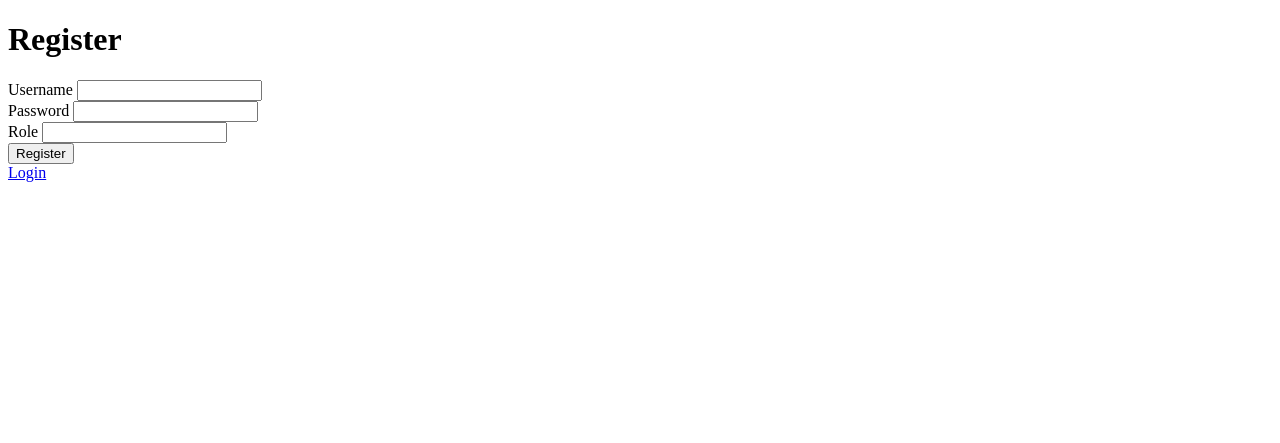
Repository: Stoldark/PLMUN
Page: http://localhost/register
The author's editor kept a copy of each file at every save. The page is drawn from the files as they stood at one save, then again after the next save.
The browser window is 1280 px wide. The pictures show the whole page.
The page is served by the project's application, run on Flask 3 (tempCodeRunnerFile.py).

Above is the page before, as saved 2024-09-22 16:23:26.

### templates/register.html
<!DOCTYPE html>
<html lang="en">
<head>
    <meta charset="UTF-8">
    <meta name="viewport" content="width=device-width, initial-scale=1.0">
    <title>Register</title>
</head>
<body>
    <h1>Register</h1>
    <form method="POST">
        {{ form.hidden_tag() }}
        <div>
            {{ form.username.label }}
            {{ form.username() }}
            {% for error in form.username.errors %}
                <div>{{ error }}</div>
            {% endfor %}
        </div>
        <div>
            {{ form.password.label }}
            {{ form.password() }}
            {% for error in form.password.errors %}
                <div>{{ error }}</div>
            {% endfor %}
        </div>
        <div>
            {{ form.role.label }}
            {{ form.role() }}
            {% for error in form.role.errors %}
                <div>{{ error }}</div>
            {% endfor %}
        </div>
        <div>
            {{ form.submit() }}
        </div>
    </form>
    <a href="{{ url_for('login') }}">Login</a>
</body>
</html>

### tempCodeRunnerFile.py
from flask import Flask, render_template, request, redirect, session, url_for, flash, jsonify
from flask_wtf import FlaskForm
from wtforms import StringField, PasswordField, SubmitField
from wtforms.validators import DataRequired, Length
from flask_bcrypt import Bcrypt
from flask_login import LoginManager, UserMixin, login_user, logout_user, login_required, current_user
import sqlite3
import os

# Initialize Flask app
app = Flask(__name__)

# Set the secret key for session management
app.config['SECRET_KEY'] = 'your_secret_key'  # Change this to a secure key

# Initialize extensions
bcrypt = Bcrypt(app)
login_manager = LoginManager(app)
login_manager.login_view = 'login'

# Database connection function
def get_db_connection():
    conn = sqlite3.connect('inventory.db')
    conn.row_factory = sqlite3.Row
    return conn

# User model for Flask-Login
class User(UserMixin):
    def __init__(self, id, username, role):
        self.id = id
        self.username = username
        self.role = role

# User loader for Flask-Login
@login_manager.user_loader
def load_user(user_id):
    conn = get_db_connection()
    user = conn.execute('SELECT * FROM users WHERE id = ?', (user_id,)).fetchone()
    conn.close()
    if user:
        return User(user['id'], user['username'], user['role'])
    return None

# Registration form
class RegistrationForm(FlaskForm):
    username = StringField('Username', validators=[DataRequired(), Length(min=4, max=25)])
    password = PasswordField('Password', validators=[DataRequired(), Length(min=6, max=35)])
    role = StringField('Role', validators=[DataRequired()])
    submit = SubmitField('Register')

# Login form
class LoginForm(FlaskForm):
    username = StringField('Username', validators=[DataRequired()])
    password = PasswordField('Password', validators=[DataRequired()])
    submit = SubmitField('Login')

# Route to show inventory items
@app.route('/')
@login_required
def index():
    conn = get_db_connection()
    items = conn.execute('SELECT * FROM items').fetchall()
    conn.close()
    return render_template('index.html', items=items)

# Route to add an item
@app.route('/add', methods=('GET', 'POST'))
@login_required
def add_item():
    if request.method == 'POST':
        name = request.form['name']
        quantity = request.form['quantity']
        price = request.form['price']

        conn = get_db_connection()
        conn.execute('INSERT INTO items (name, quantity, price) VALUES (?, ?, ?)',
                     (name, quantity, price))
        conn.commit()
        conn.close()

        return redirect('/')
    return render_template('add.html')

# Route to edit an item
@app.route('/edit/<int:id>', methods=('GET', 'POST'))
@login_required
def edit_item(id):
    conn = get_db_connection()
    item = conn.execute('SELECT * FROM items WHERE id = ?', (id,)).fetchone()

    if request.method == 'POST':
        name = request.form['name']
        quantity = request.form['quantity']
        price = request.form['price']
        conn.execute('UPDATE items SET name = ?, quantity = ?, price = ? WHERE id = ?',
                     (name, quantity, price, id))
        conn.commit()
        conn.close()
        return redirect('/')

    conn.close()
    return render_template('edit.html', item=item)

# Route to delete an item
@app.route('/delete/<int:id>', methods=['POST'])
@login_required
def delete_item(id):
    conn = get_db_connection()
    conn.execute('DELETE FROM items WHERE id = ?', (id,))
    conn.commit()
    conn.close()
    return redirect('/')

# Registration route
@app.route('/register', methods=['GET', 'POST'])
def register():
    form = RegistrationForm()
    if form.validate_on_submit():
        username = form.username.data
        password = bcrypt.generate_password_hash(form.password.data).decode('utf-8')
        role = form.role.data

        conn = get_db_connection()
        conn.execute('INSERT INTO users (username, password, role) VALUES (?, ?, ?)',
                     (username, password, role))
        conn.commit()
        conn.close()

        flash('Registration successful! You can now log in.')
        return redirect(url_for('login'))
    return render_template('register.html', form=form)

# Login route
@app.route('/login', methods=['GET', 'POST'])
def login():
    form = LoginForm()
    if form.validate_on_submit():
        username = form.username.data
        password = form.password.data

        conn = get_db_connection()
        user = conn.execute('SELECT * FROM users WHERE username = ?', (username,)).fetchone()
        conn.close()

        if user and bcrypt.check_password_hash(user['password'], password):
            login_user(User(user['id'], user['username'], user['role']))
            return redirect('/')
        else:
            flash('Login Unsuccessful. Please check your username and password', 'danger')

    return render_template('login.html', form=form)

# Logout route
@app.route('/logout')
@login_required
def logout():
    logout_user()
    return redirect(url_for('index'))

# API Endpoint to get inventory items
@app.route('/api/items', methods=['GET'])
@login_required
def api_get_items():
    conn = get_db_connection()
    items = conn.execute('SELECT * FROM items').fetchall()
    conn.close()
    return jsonify([dict(item) for item in items])

# API Endpoint to add an item
@app.route('/api/items', methods=['POST'])
@login_required
def api_add_item():
    data = request.get_json()
    name = data.get('name')
    quantity = data.get('quantity')
    price = data.get('price')

    conn = get_db_connection()
    conn.execute('INSERT INTO items (name, quantity, price) VALUES (?, ?, ?)',
                 (name, quantity, price))
    conn.commit()
    conn.close()

    return jsonify({'message': 'Item added successfully'}), 201

# API Endpoint to update an item
@app.route('/api/items/<int:id>', methods=['PUT'])
@login_required
def api_update_item(id):
    data = request.get_json()
    name = data.get('name')
    quantity = data.get('quantity')
    price = data.get('price')

    conn = get_db_connection()
    conn.execute('UPDATE items SET name = ?, quantity = ?, price = ? WHERE id = ?',
                 (name, quantity, price, id))
    conn.commit()
    conn.close()

    return jsonify({'message': 'Item updated successfully'})

# API Endpoint to delete an item
@app.route('/api/items/<int:id>', methods=['DELETE'])
@login_required
def api_delete_item(id):
    conn = get_db_connection()
    conn.execute('DELETE FROM items WHERE id = ?', (id,))
    conn.commit()
    conn.close()

    return jsonify({'message': 'Item deleted successfully'})

# Run the app
if __name__ == "__main__":
    port = int(os.environ.get("PORT", 10000))  # Use PORT environment variable or default to 10000
    app.run(host="0.0.0.0", port=port, debug=True)

After the next save:
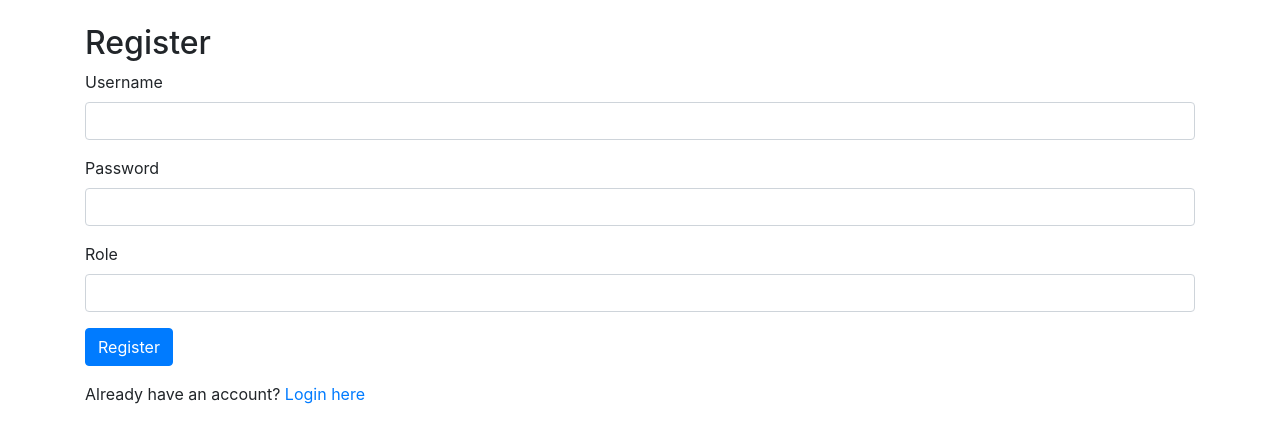
Saved 6 min 30 s later.
--- a/templates/register.html
+++ b/templates/register.html
@@ -1,39 +1,33 @@
-<!DOCTYPE html>
+<!doctype html>
 <html lang="en">
 <head>
-    <meta charset="UTF-8">
-    <meta name="viewport" content="width=device-width, initial-scale=1.0">
+    <meta charset="utf-8">
+    <meta name="viewport" content="width=device-width, initial-scale=1">
     <title>Register</title>
+    <link rel="stylesheet" href="https://stackpath.bootstrapcdn.com/bootstrap/4.5.2/css/bootstrap.min.css">
 </head>
 <body>
-    <h1>Register</h1>
-    <form method="POST">
-        {{ form.hidden_tag() }}
-        <div>
-            {{ form.username.label }}
-            {{ form.username() }}
-            {% for error in form.username.errors %}
-                <div>{{ error }}</div>
-            {% endfor %}
-        </div>
-        <div>
-            {{ form.password.label }}
-            {{ form.password() }}
-            {% for error in form.password.errors %}
-                <div>{{ error }}</div>
-            {% endfor %}
-        </div>
-        <div>
-            {{ form.role.label }}
-            {{ form.role() }}
-            {% for error in form.role.errors %}
-                <div>{{ error }}</div>
-            {% endfor %}
-        </div>
-        <div>
-            {{ form.submit() }}
-        </div>
-    </form>
-    <a href="{{ url_for('login') }}">Login</a>
+    <div class="container mt-4">
+        <h2>Register</h2>
+        <form method="POST" action="{{ url_for('register') }}">
+            {{ form.hidden_tag() }}
+            <div class="form-group">
+                {{ form.username.label(class="form-label") }}
+                {{ form.username(class="form-control") }}
+            </div>
+            <div class="form-group">
+                {{ form.password.label(class="form-label") }}
+                {{ form.password(class="form-control") }}
+            </div>
+            <div class="form-group">
+                {{ form.role.label(class="form-label") }}
+                {{ form.role(class="form-control") }}
+            </div>
+            <div class="form-group">
+                {{ form.submit(class="btn btn-primary") }}
+            </div>
+        </form>
+        <p class="mt-2">Already have an account? <a href="{{ url_for('login') }}">Login here</a></p>
+    </div>
 </body>
 </html>
